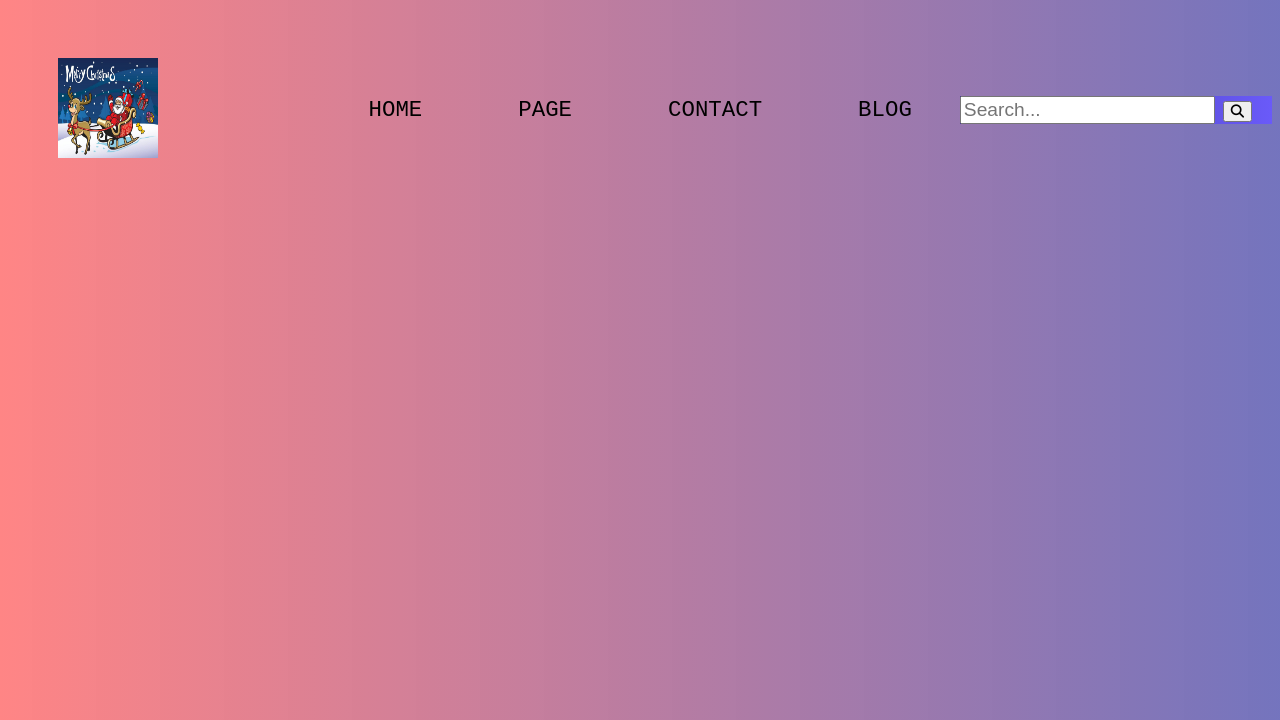
Repository: 16-Doffy/FE-UI
Page: menu/index.html
An editor plug-in stored every save of this project. The page is shown before and after the next save, followed by the edit.
The browser window is 1280 px wide. The pictures show the whole page.

Above is the page before, as saved 2024-12-23 18:16:14.

### menu/index.html
<!DOCTYPE html>
<html lang="en">
<head>
    <meta charset="UTF-8">
    <meta name="viewport" content="width=device-width, initial-scale=1.0">
    <link rel="stylesheet" href="styles.css">
    <link href="https://cdnjs.cloudflare.com/ajax/libs/font-awesome/6.5.1/css/all.min.css" rel="stylesheet">

    <title>Document</title>
</head>
<body>
    <div class="header">
        <div class="header-inner">
            <div class="logo">
                <img src="../img/n3.jpg" alt="">
            </div>
            <ul class="menu">
                <li class="menu-item">
                    <a href="" class="menu-link">Home</a>
                <div class="menu-child" >
                    <div class="menu-child-item">
                        <h4>Giày</h4>
                        <ul class="menu-child-first" style="list-style: none;">
                            <li>Vans</li>
                            <li>Nike AF1</li>
                            <li>Convert</li>
                            <li>Cross</li>
                            <li>...</li>
                        </ul>
                    </div>
                    <div class="menu-child-item">
                        <h4>Áo</h4>
                        <ul class="menu-child-first" style="list-style: none;">
                            <li>Áo Khoác</li>
                            <li>Bomber</li>
                            <li>Áo Phao</li>
                            <li>Áo Thun</li>
                            <li>...</li>
                        </ul>
                    </div>
                    <div class="menu-child-item">
                        <h4>Quần</h4>
                        <ul class="menu-child-first" style="list-style: none;">
                            <li>Quần Da</li>
                            <li>Short</li>
                            <li>Kaki</li>
                            <li>Tây</li>
                            <li>...</li>
                        </ul>
                    </div>
                    <div class="menu-child-item">
                        <h4>Phụ Kiện</h4>
                        <ul class="menu-child-first" style="list-style: none;">
                            <li>Nhẫn</li>
                            <li>Vòng cổ</li>
                            <li>Lắc tay</li>
                            <li> Thắc lưng</li>         <li>...</li>
                        </ul>
                    </div>
                </div>
                </li>
                <li class="menu-item"><a href="" class="menu-link">page</a></li>
                <li class="menu-item"><a href="" class="menu-link">contact</a></li>
                <li class="menu-item"><a href="" class="menu-link">blog</a></li>
                <div class="search-bar" >
                    <input type="text" placeholder="Search..." style="font-size: 1.2rem;">
                    <button class="search-btn"><i class="fas fa-search"  ;></i></button>
                </div>
            </ul>
        </div>

    </div>

</body>
</html>

### menu/styles.css
:root {
    --color: #05219ba1;
    --fs: 15px;
}
body {
    background-image: linear-gradient(to left, rgba(6, 6, 138, 0.555), rgba(255, 0, 0, 0.479));
    font-family: monospace;
}

.header-inner {
    max-width: 1024;
    margin: 0 auto;
    display: flex;
    align-items: center;
    justify-content: space-between;
    position: relative;
}
.logo{
  max-width: 2rem;
}
.logo img{
   width: 100px;
   height: 100px;
   padding: 50px;
   border-radius: 50px;
  }
.menu {
    display: flex;
    align-items: center;
}
.menu-item {
    margin: 0 1rem;
    list-style: none;
}
.menu-item:hover .menu-child {
    opacity: 1;
    visibility: visible;
}
.menu-link {
color: black;
text-transform: uppercase;
text-decoration: none;
font-size: 1.4rem;
display: flex;
padding: 2rem;
list-style: none;
}

.menu-child{
position: absolute;
top: 100%;
left: 0;
width: 100%;
background-image: linear-gradient(to right,rgba(4, 4, 88, 0.26),#6A5AF9);
display: flex;
opacity: 0;
visibility: hidden;
transition:  0.25s linear;
}
.menu-child-item{
    padding: 20px;
    list-style: none;
width: 25%;
}
.menu-child-item h4{
    list-style: none;
    color: white;
    font-size: 1.2rem;
    padding: 1rem;
    justify-content: center;
    width: 50%;
    gap: 10px;
    background-image: linear-gradient(to right,rgba(13, 13, 128, 0.568),#6A5AF9);
}
.menu-child-first{
color: rgba(251, 251, 252, 0.747);
font-size: 1.3rem;
font-weight: 600;
justify-content: center;
align-items: center;
}
.search-bar{
    background-image: linear-gradient(to right,rgba(13, 13, 128, 0.568),#6A5AF9);
    padding-right: 20px;
}

After the next save:
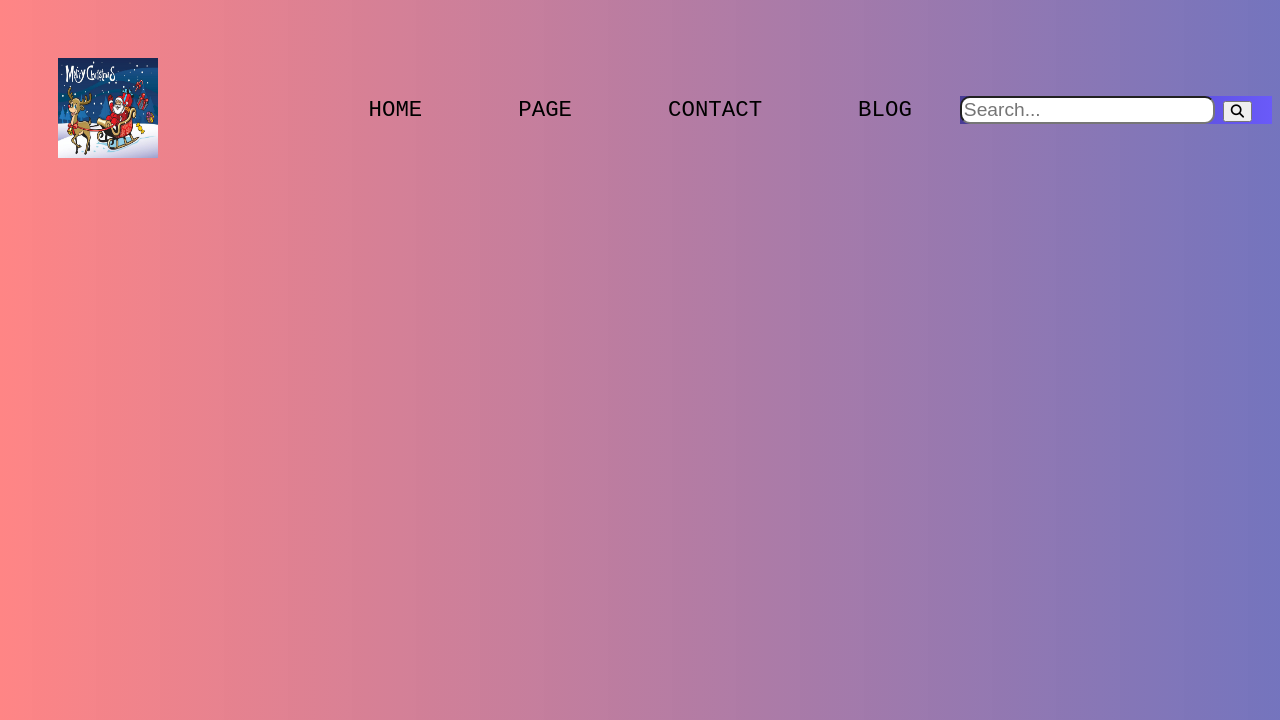
Saved 11 s later.
--- a/menu/index.html
+++ b/menu/index.html
@@ -63,7 +63,7 @@
                 <li class="menu-item"><a href="" class="menu-link">contact</a></li>
                 <li class="menu-item"><a href="" class="menu-link">blog</a></li>
                 <div class="search-bar" >
-                    <input type="text" placeholder="Search..." style="font-size: 1.2rem;">
+                    <input type="text" placeholder="Search..." style="font-size: 1.2rem; border-radius: 10px;">
                     <button class="search-btn"><i class="fas fa-search"  ;></i></button>
                 </div>
             </ul>
